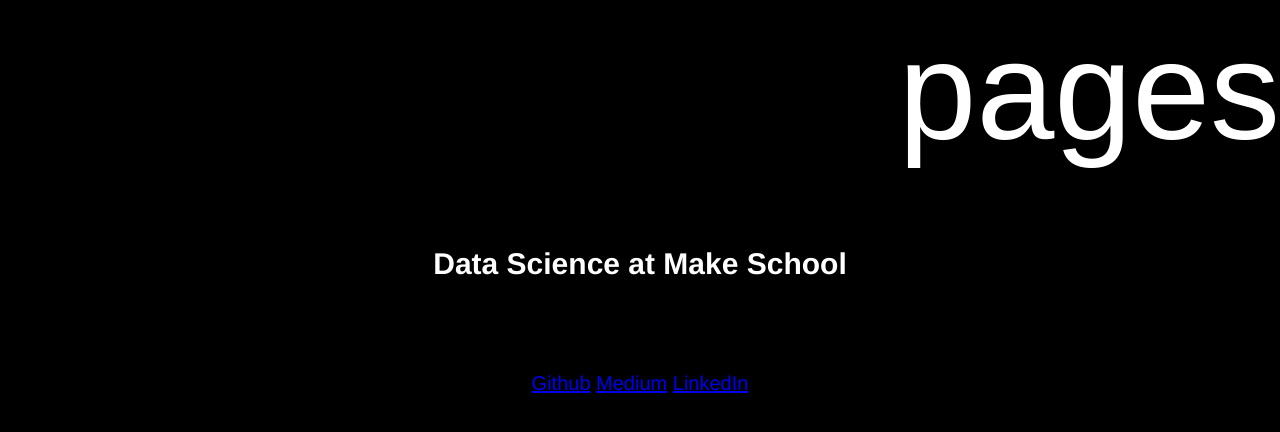
Repository: SamirIngley/html-semantic
Page: templates/projects.html
The author's editor kept a copy of each file at every save. The page is drawn from the files as they stood at one save, then again after the next save.
The browser window is 1280 px wide. The pictures show the whole page.

Above is the page before, as saved 2020-01-30 17:16:14.

After the next save:
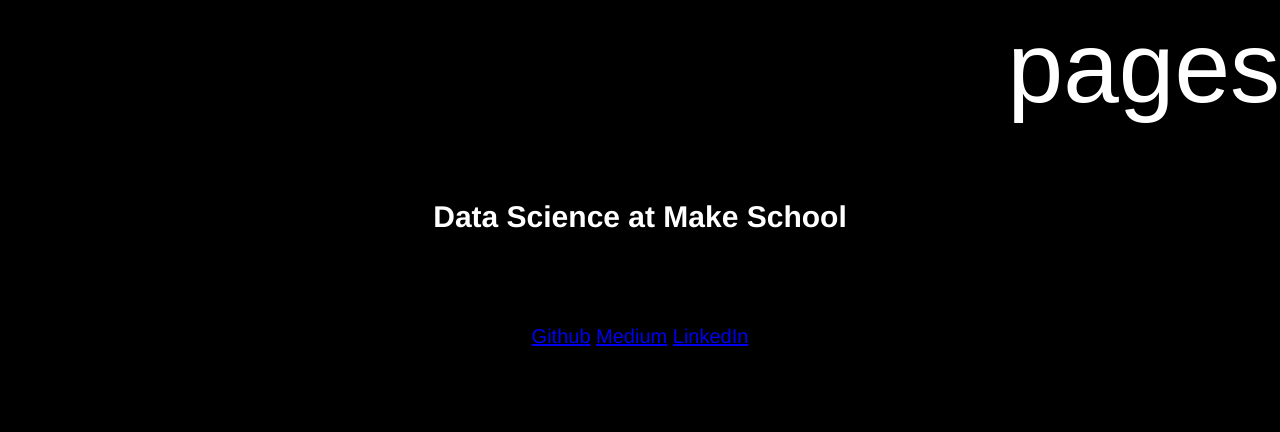
Saved 8 s later.
--- a/templates/style.css
+++ b/templates/style.css
@@ -87,7 +87,7 @@ nav {
   /* padding: 60px; */
   padding: 10px 0px 50px 100px;
 
-  font-size: 7em;
+  font-size: 5em;
   border: 16px;
   cursor: pointer;
 }
